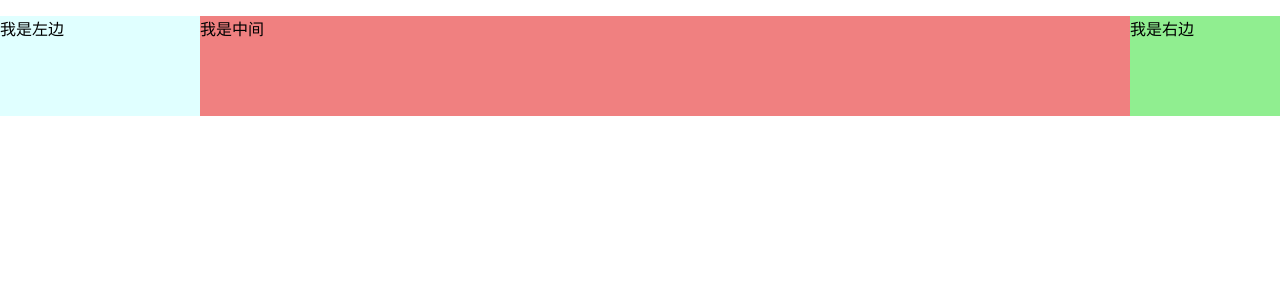
Repository: ljwrookie/Front-end-interview-handwritten-code
Page: 圣杯布局.html
An editor plug-in stored every save of this project. The page is shown before and after the next save, followed by the edit.
The browser window is 1280 px wide. The pictures show the whole page.

Above is the page before, as saved 2022-04-07 14:28:38.

### 圣杯布局.html
<!DOCTYPE html>
<html lang="en">
	<head>
		<meta charset="UTF-8" />
		<meta http-equiv="X-UA-Compatible" content="IE=edge" />
		<meta name="viewport" content="width=device-width, initial-scale=1.0" />
		<title>圣杯布局</title>
		<style>
			body {
				margin: 0;
				padding: 0;
			}
			#container {
				padding-left: 200px;
				padding-right: 150px;
				overflow: auto;
			}
			#container p {
				float: left;
				height: 100px;
			}
			.center {
				width: 100%;
				background-color: lightcoral;
			}
			.left {
				width: 200px;
				position: relative;
				left: -200px;
				margin-left: -100%;
				background-color: lightcyan;
			}
			.right {
				width: 150px;
				margin-right: -150px;
				background-color: lightgreen;
			}
			.clearfix:after {
				content: "";
				display: table;
				clear: both;
			}
		</style>
	</head>
	<body>
		<div id="container" class="clearfix">
			<p class="center">我是中间</p>
			<p class="left">我是左边</p>
			<p class="right">我是右边</p>
		</div>
	</body>
</html>

After the next save:
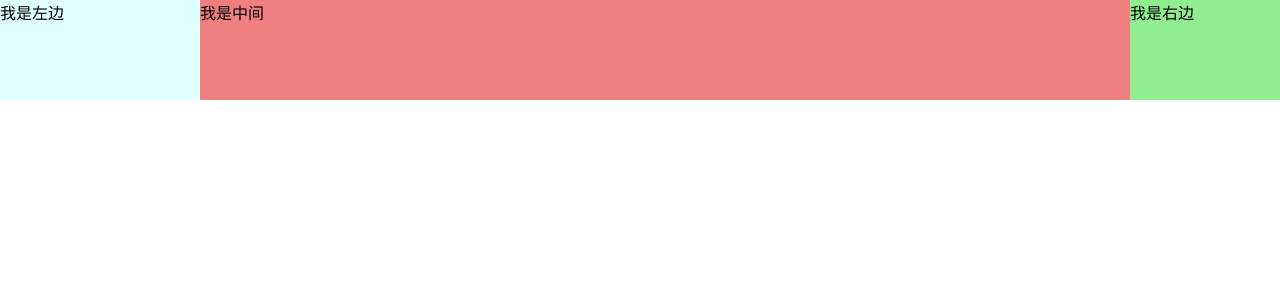
Saved 1 s later.
--- a/圣杯布局.html
+++ b/圣杯布局.html
@@ -6,7 +6,8 @@
 		<meta name="viewport" content="width=device-width, initial-scale=1.0" />
 		<title>圣杯布局</title>
 		<style>
-			body {
+			body,
+			p {
 				margin: 0;
 				padding: 0;
 			}
